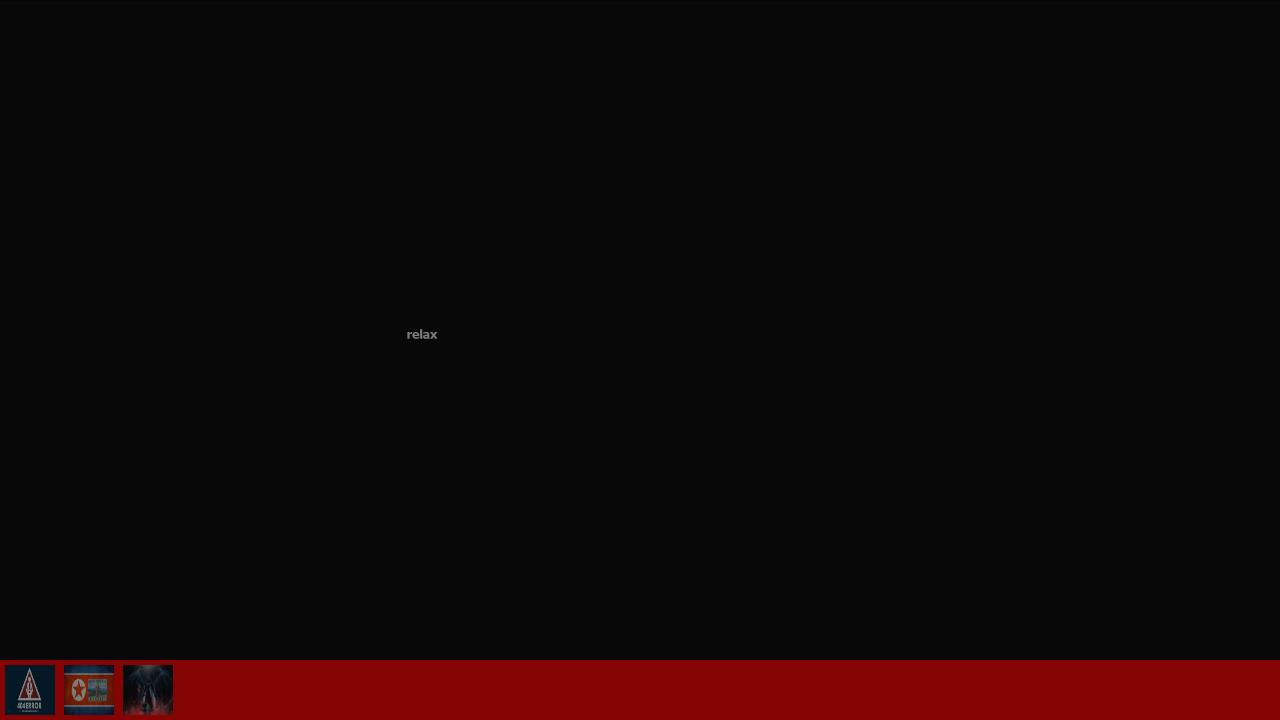
Repository: jn222rv/1dv403-laborationer
Page: 5-pwd/index.html
The author's editor kept a record of every edit. The page is drawn from the files as they stood at one moment, then again after the next edit.
The browser window is 1280 px wide. The pictures show the whole page.
After loading, the first visible `#imageViewer` was clicked once.
The page's requests for data from a server got no answer.

Above is the page before.
Console error: ReferenceError: ImageViewerWindiw is not defined

### 5-pwd/index.html
<!DOCTYPE html>
<html>
    <head>
        <meta charset="UTF-8"/>
        <link rel="stylesheet" href="css/basic.css" type="text/css" />
        <link rel="stylesheet" href="css/memory.css" type="text/css" />
        <title>Blalba</title>
    </head>
    <body>
        <div id="iconhub">
            <a href="#" id="imageViewer"><img src="img/pic1.jpg"></img></a>
            <a href="#" id="memory"><img src="img/pic2.jpg"></img></a>
            <a href="#" id="rss"><img src="img/pic3.jpg"></img></a>
        </div>

        <script type="text/javascript" src="js/appScript/memory.js"></script>
        <script type="text/javascript" src="js/appScript/imageViewer.js"></script>
        <script type="text/javascript" src="js/window.js"></script>
        <script type="text/javascript" src="js/main.js"></script>
    </body>
</html>

### 5-pwd/css/basic.css
html {
    background: url("../img/background.jpg") no-repeat center center fixed;
    -webkit-background-size: cover;
    -moz-background-size: cover;
    -o-background-size: cover;
    background-size: cover;
}

body {
    margin: 0px 0px;
}

.imgBox {
    background-color:red;
    padding:10px;
    float:left;
    margin:10px;
}

.imgBox img {
    display:block;
    margin:auto;
}

#iconhub img {
    width:50px;
    height:50px;
    margin-left:5px;
}

.topbar img {
    width:10px;
    height:10px;
}

.gif {
    float:left;
}

p {
    color:red;
    margin:0px;
}

.unactive {
    display:none;
}

.topbar p {
    display:inline;
}

.content {
    background-color:yellow;
    overflow-y: auto;
}

.content img {
    display:block;
}

.topbar {
    background-color:white;
    width:100%;
    height:20px;
    border-bottom:1px solid red;
}

.footer {
    background-color:white;
    width:100%;
    height:20px;
}

.footer p {
    margin-left:5px;
    display:inline;
}

.appWindow {
    position:absolute;
    border:2px solid red;
}

#focus {
    z-index:1;
}

#iconhub {
    height:50px;
    padding:5px 0px 5px 0px;
    background-color:red;
    opacity:0.5;
    position:absolute;
    width:100%;
    bottom:0;
}

.cross {
    float:right;
    margin-top:5px;
    margin-right:5px;
}

.cross:hover {
    cursor:pointer;
}

### 5-pwd/css/memory.css

table {
    margin:0px auto;
    background-color:#FFFFFF;
    margin-bottom:10px;
    border:3px #B3EE3A outset;
    border-radius:5px;
}

input {
    display:block;
    margin:0px auto;
    font-family:"pixel";
}

.text {
    text-align:center;
}

table p {
    font-size:32px;
    text-shadow: 1px 1px 2px black, 0 0 1em blue, 0 0 0.1em blue;
    color:#EE7942;
    margin-bottom:50px;
}

table a {
    display:block;
    width:100%;
    height:100%;
}

img.normal {
    width:100%;
    height:100%;
    opacity:1;
}

img.hidden {
    width:100%;
    height:100%;
    opacity:0;
}

td {
    width:50px;
    height:50px;
    background-size: 100% 100%;
    background-image:url("../img/MemoryPics/0.jpg");
}

### 5-pwd/js/appScript/memory.js
"use strict"

function Memory(){
    var myWindow = null;

    //Window.apply(this, arguments);
    Window.call(this, 200,300);

    createMemoryWindow();

    function createMemoryWindow(){


        //myWindow = new Window(200,315);
        //myWindow.createWindow("Memory Title","img/pic2.jpg");

        console.log(this.width);

        this.createWindow("Memory Title","img/pic2.jpg");

        var memory = new MemoryGame(myWindow.content);
        memory.createMemory();
    };
}

function MemoryGame(Node){

    var array = [];
    var row = 4;
    var col = 4;
    var cardsFlipped = 0;
    var flippedArr = [];
    var completePairs = [];
    var pairs = 0;
    var timeoutID = null;
    var node = Node;
    var random = new RandomGenerator();

    this.createMemory = function(){

        console.log("done");
        createTable(node);
    };

    function createTable(){

        array = random.getPictureArray(row,col);

        var div = node;

        var table = document.createElement("table");

        if((row*col)%2===1)
        {
            row = 4;
            col = 4;
        }

        for(var i = 0; i < row; i++)
        {
            var tr = document.createElement("tr");

            for(var j = 0; j < col; j++)
            {
                var data = document.createElement("td");
                var img = document.createElement("img");
                var a = document.createElement("a");

                img.setAttribute("src","img/MemoryPics/"+array[(i*col+j)]+".jpg");
                img.className = "hidden";

                a.setAttribute("href","#");

                a.appendChild(img);
                data.appendChild(a);

                tr.appendChild(data);
            }

            table.appendChild(tr);
        }


        table.addEventListener("click",flipCard);
        table.addEventListener("keypress",flipCard);

        var button = document.createElement("input");
        button.setAttribute("type","button");
        button.setAttribute("value","Reset");
        button.addEventListener("click",reset);

        div.appendChild(table);
        div.appendChild(button);
    }

    function flipCard(e){

        var node = e.target;

        if(node.nodeName === "A")
        {
            node = node.firstChild;
        }

        if(node.nodeName === "IMG")
        {
            if(!(flippedArr[0]&&node===flippedArr[0]))
            {
                if(cardsFlipped < 2&&checkForComplete(node))
                {
                    node.className = "normal";

                    flippedArr.push(node);
                    cardsFlipped++;
                }

                if(cardsFlipped === 2)
                {
                    checkMatch();
                }
            }
        }
    }

    function checkForComplete(node){
        for(var i = 0; i < completePairs.length;i++)
        {
            if(node.getAttribute("src")===completePairs[i])
            {
                return false;
            }
        }

        return true;
    }

    function checkMatch(){

        if(flippedArr[0].getAttribute("src") === flippedArr[1].getAttribute("src"))
        {
            completePairs.push(flippedArr[0].getAttribute("src"));
            pairs++;
            cardsFlipped = 0;
            flippedArr = [];

            if(pairs === (row*col)/2)
            {
                winningMessage();
                var button = document.querySelector("input");
                button.setAttribute("value","Play Again?");
            }
        }
        else
        {
            if(!timeoutID)
            {
                timeoutID = window.setTimeout(unflipCards,1000);
            }
        }
    }

    function unflipCards(){

        for(var i = 0;i < flippedArr.length;i++)
        {
            var node = flippedArr[i];
            node.className = "hidden";
        }

        window.clearTimeout(timeoutID);
        timeoutID = null;

        cardsFlipped -= 2;
        flippedArr.splice(0,2);
    }

    function reset(){
        while (node.firstChild)
        {
            node.removeChild(node.firstChild);
        }

        console.log("reset");

        cardsFlipped = 0;
        pairs = 0;
        flippedArr = [];
        completePairs = [];

        window.clearTimeout(timeoutID);
        timeoutID = null;

        if(document.querySelector(".text"))
        {
            node.removeChild(node.lastChild);
        }

        createTable();
    }

    function winningMessage(){

        var div = document.createElement("div");
        div.className = "text";

        var p = document.createElement("p");
        p.innerHTML = "Du vann!!";

        div.appendChild(p);

        node.appendChild(div);
    }
}

function RandomGenerator(){


	this.getPictureArray = function(rows, cols)
	{
		var numberOfImages = rows*cols;
		var maxImageNumber = numberOfImages/2;

	   	var imgPlace = [];

	   for(var i=0; i<numberOfImages; i++)
		  imgPlace[i] = 0;

		for(var currentImageNumber=1; currentImageNumber<=maxImageNumber; currentImageNumber++)
		{
			var imageOneOK = false;
			var imageTwoOK = false;

			do
			{
				if(imageOneOK == false)
				{
					var randomOne = Math.floor( (Math.random() * (rows*cols-0) + 0) );

					if( imgPlace[randomOne] == 0 )
					{
						imgPlace[randomOne] = currentImageNumber;
						imageOneOK = true;
					}
				}

				if(imageTwoOK == false)
				{
					var randomTwo = Math.floor( (Math.random() * (rows*cols-0) + 0) );

					if( imgPlace[randomTwo] == 0 )
					{
						imgPlace[randomTwo] = currentImageNumber;
						imageTwoOK = true;
					}
				}
			}
			while(imageOneOK == false || imageTwoOK == false);
		}

		return imgPlace;
	};
}

### 5-pwd/js/appScript/imageViewer.js
"use strict"

function ImageViewerWindow(){

    this.pictureWidth = [];
    this.pictureHeight = [];
    this.pictureUrl = [];

    Window.call(this, 400,350);

    this.createImageViewerWindow();
};

ImageViewerWindow.prototype.createImageViewerWindow = function(){

        this.createWindow("ImageViwer","img/pic2.jpg");

        this.startLoading();

        this.loadImages(this);

        var arrayW = this.pictureWidth;
        var arrayH = this.pictureHeight;
        var arrayU = this.pictureUrl;
        var self = this;

        this.content.addEventListener("click",function(event){
            self.showPicture(event,arrayW,arrayH,arrayU);
        });
};

ImageViewerWindow.prototype.loadImages = function(myWindow){

        var content = myWindow.content;

        var xhr = new XMLHttpRequest();

        xhr.onreadystatechange = function(){

            if(xhr.readyState === 4 && xhr.status === 200)
            {
                myWindow.footer.innerHTML = "";

                var imgArr = JSON.parse(xhr.responseText);

                var width = [], height = [];

                for(var i = 0; i < imgArr.length;i++)
                {
                    width.push(imgArr[i].thumbWidth);
                    height.push(imgArr[i].thumbHeight);

                    myWindow.pictureWidth.push(imgArr[i].width);
                    myWindow.pictureHeight.push(imgArr[i].height);
                    myWindow.pictureUrl.push(imgArr[i].URL);

                    var maxWidth = Math.max.apply(Math, width);
                    var maxHeight = Math.max.apply(Math, height);

                    var imgBox = document.createElement("div");
                    imgBox.className = "imgBox";
                    imgBox.style.width = maxWidth+"px";
                    imgBox.style.height = maxHeight+"px";

                    var img = document.createElement("img");
                    img.setAttribute("src",imgArr[i].thumbURL);
                    img.setAttribute("width",imgArr[i].thumbWidth+"px");
                    img.setAttribute("height",imgArr[i].thumbHeight+"px");
                    img.setAttribute("id",i);

                    imgBox.appendChild(img);
                    content.appendChild(imgBox);
                }
            }
        };

        xhr.open("GET","http://homepage.lnu.se/staff/tstjo/labbyServer/imgviewer/",true);
        xhr.send(null);
};

ImageViewerWindow.prototype.showPicture = function(e,arrayWidth,arrayHeight,arrayUrl){

    var node = e.target;

    if(node.nodeName === "IMG")
    {
        var id = node.getAttribute("id");
        //console.log(array[id]);
        var myWindow = new Window(arrayWidth[id],arrayHeight[id]);
        myWindow.createWindow("ImageViwer","img/pic2.jpg");

        var url = node.getAttribute("src");
        var img = document.createElement("img");
        img.setAttribute("src",arrayUrl[id]);
        img.setAttribute("width",arrayWidth[id]);
        img.setAttribute("height",arrayHeight[id]);
        myWindow.content.appendChild(img);

        //console.log(myWindow.appMain);
        myWindow.setFocus();
    }
};

### 5-pwd/js/window.js
"use strict"

var DESKTOP = DESKTOP||{};

function Window(width,height){

    this.appMain = null;
    this.topbar = null;
    this.content = null;
    this.footer = null;
    this.appTitle = null;
    this.appIcon = null;
    this.width = width;
    this.height = height;

    this.createWindow = function(text,url){

        this.appMain = document.createElement("div");
        this.topbar = document.createElement("div");
        this.content = document.createElement("div");
        this.footer = document.createElement("div");
        this.appTitle = document.createElement("p");
        this.appIcon = document.createElement("img");

        //this.appMain.style.width = this.width+"px";
        //this.appMain.style.height = this.height+"px";

        this.appTitle.innerHTML = text;

        this.appIcon.setAttribute("src",url);

        this.topbar.className = "topbar";
        this.content.className = "content";
        this.appMain.className = "appWindow";
        this.footer.className = "footer";

        var img = document.createElement("img");
        img.setAttribute("src","img/x.jpg")
        img.className = "cross";

        var self = this;
        img.addEventListener("click",function(){
            self.removeWindow(self.appMain);
        });

        this.topbar.appendChild(img);

        this.content.style.width = this.width+"px";
        this.content.style.height = (this.height)+"px";

        this.topbar.appendChild(this.appIcon);
        this.topbar.appendChild(this.appTitle);
        this.appMain.appendChild(this.topbar);
        this.appMain.appendChild(this.content);
        this.appMain.appendChild(this.footer);

        DESKTOP.Main.numberOfWindows += 1;


        this.appMain.style.left = DESKTOP.Main.numberOfWindows*15+"px";
        this.appMain.style.top = (DESKTOP.Main.lastX+DESKTOP.Main.directionX)+"px";
        DESKTOP.Main.lastX += DESKTOP.Main.directionX;

        document.querySelector("body").appendChild(this.appMain);

        //console.log(document.querySelector("#focus"));

        this.appMain.addEventListener("click",function(e){
            var node = e.target;

            if(node.nodeName !== "IMG")
            {
                if(document.querySelector("#focus"))document.querySelector("#focus").removeAttribute("id");
                this.setAttribute("id","focus");
            }
        });

        this.appMain.addEventListener("mousedown",function doSomething(e) {
        	var posx = 0;
        	var posy = 0;
        	if (!eg) var eg = window.event;
        	if (eg.pageX || eg.pageY) 	{
        		posx = eg.pageX;
        		posy = eg.pageY;
        	}
        	else if (eg.clientX || eg.clientY) 	{
        		posx = eg.clientX + document.body.scrollLeft
        			+ document.documentElement.scrollLeft;
        		posy = eg.clientY + document.body.scrollTop
        			+ document.documentElement.scrollTop;
        	}
        	// posx and posy contain the mouse position relative to the document
        	// Do something with this information

        	console.log(posx);
        });

        //this.setFocus();
    };



    this.startLoading = function(){

        var img = document.createElement("img");
        img.setAttribute("src","img/load.gif");
        img.className = "gif";

        var p = document.createElement("p");
        p.innerHTML = "Loading";

        this.footer.appendChild(p);
        this.footer.appendChild(img);
    };

    this.setFocus = function(e){
            console.log(this.appMain);
            if(document.querySelector("#focus"))document.querySelector("#focus").removeAttribute("id");
            this.appMain.setAttribute("id","focus");
    };

    this.removeWindow = function(self){
        console.log(self);
        while(self.firstChild){
            self.removeChild(self.firstChild);
        }
        self.remove();
    };
}

/*
Window.prototype.createWindow = function(text,url){

        this.appMain = document.createElement("div");
        this.topbar = document.createElement("div");
        this.content = document.createElement("div");
        this.footer = document.createElement("div");
        this.appTitle = document.createElement("p");
        this.appIcon = document.createElement("img");

        this.appMain.style.width = this.width+"px";
        this.appMain.style.height = this.height+"px";

        this.appTitle.innerHTML = text;

        this.appIcon.setAttribute("src",url);

        this.topbar.className = "topbar";
        this.content.className = "content";
        this.appMain.className = "appWindow";
        this.footer.className = "footer";

        this.content.style.height = (this.height-40)+"px";

        this.topbar.appendChild(this.appIcon);
        this.topbar.appendChild(this.appTitle);
        this.appMain.appendChild(this.topbar);
        this.appMain.appendChild(this.content);
        this.appMain.appendChild(this.footer);

        DESKTOP.Main.numberOfWindows += 1;
        this.appMain.style.left = (DESKTOP.Main.numberOfWindows*15)+"px";
        this.appMain.style.top = (DESKTOP.Main.numberOfWindows*15)+"px";

        document.querySelector("body").appendChild(this.appMain);
};*/

### 5-pwd/js/main.js
"use strict"

var DESKTOP = DESKTOP||{};

DESKTOP.Main = new Desktop();

function Desktop(){

    this.numberOfWindows = 0;

    this.init =  function(){
        document.getElementById("imageViewer").addEventListener("click",function(){
            var myImageViewer = new ImageViewerWindiw();
        });
        document.getElementById("memory").addEventListener("click",function(){
            var myMemory = new MemoryWindow();
        });
        document.getElementById("rss").addEventListener("click",function(){
            var myRss = new RssWindow();
        });
    }
}

window.onload = DESKTOP.Main.init;

After the next edit:
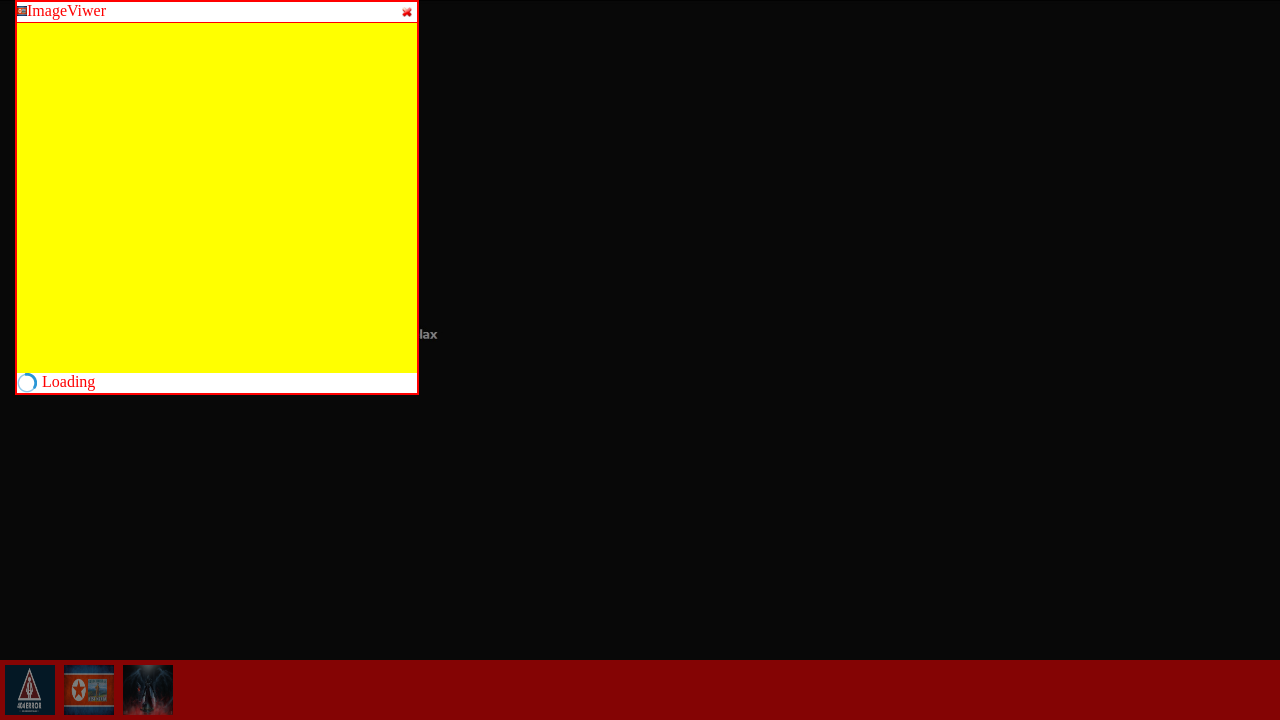
The error is gone.
The edit:
--- a/5-pwd/js/main.js
+++ b/5-pwd/js/main.js
@@ -10,7 +10,7 @@
 
     this.init =  function(){
         document.getElementById("imageViewer").addEventListener("click",function(){
-            var myImageViewer = new ImageViewerWindiw();
+            var myImageViewer = new ImageViewerWindow();
         });
         document.getElementById("memory").addEventListener("click",function(){
             var myMemory = new MemoryWindow();
